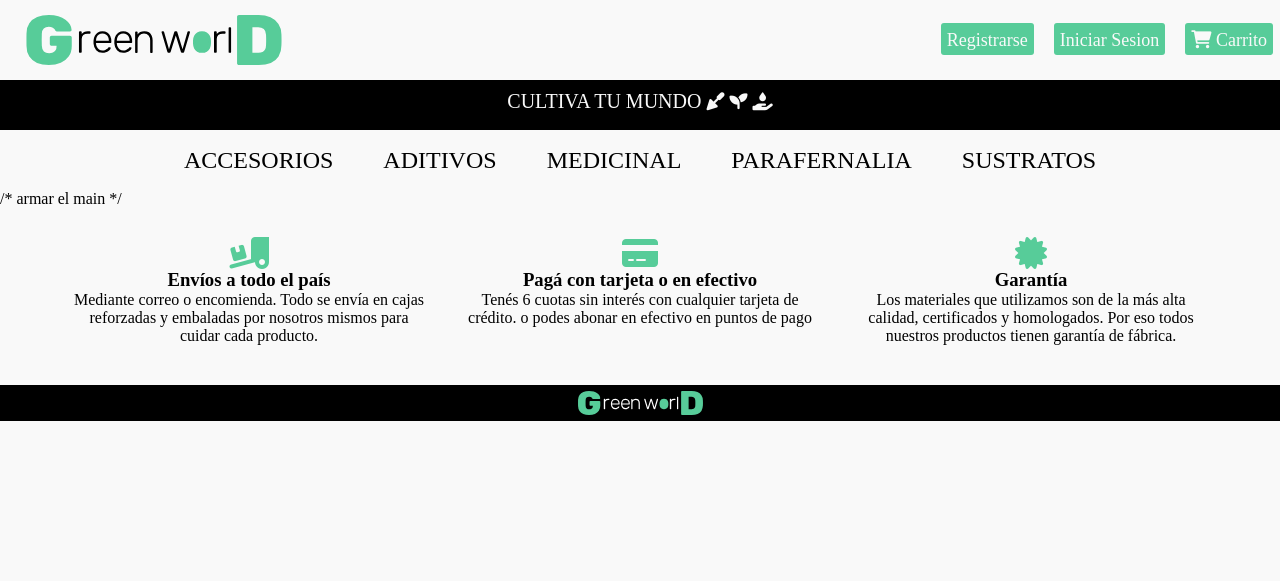
Repository: francoG98/grupo_9_Green_World
Page: source/views/register.html
An editor plug-in stored every save of this project. The page is shown before and after the next save, followed by the edit.
The browser window is 1280 px wide. The pictures show the whole page.
Some web fonts or font styles are not loaded; a fallback is used. Some web libraries are served in a nearby version.

Above is the page before, as saved 2022-06-23 21:31:01.

### source/views/register.html
<!DOCTYPE html>
<html lang="en">
<head>
    <meta charset="UTF-8">
    <meta http-equiv="X-UA-Compatible" content="IE=edge">
    <meta name="viewport" content="width=device-width, initial-scale=1.0">
    <title>Green World</title>

    <link rel="preconnect" href="https://fonts.googleapis.com">
<link rel="preconnect" href="https://fonts.gstatic.com" crossorigin>
<link href="https://fonts.googleapis.com/css2?family=Abel&family=Anek+Gujarati:wght@100;200;300;400;500;600;700;800&display=swap" rel="stylesheet">
<link rel="stylesheet" href="https://cdnjs.cloudflare.com/ajax/libs/font-awesome/6.1.1/css/all.min.css" integrity="sha512-KfkfwYDsLkIlwQp6LFnl8zNdLGxu9YAA1QvwINks4PhcElQSvqcyVLLD9aMhXd13uQjoXtEKNosOWaZqXgel0g==" crossorigin="anonymous" referrerpolicy="no-referrer" />
<link rel="stylesheet" href="/css/main-register.css">
<link rel="stylesheet" href="/css/header.css">
<link rel="stylesheet" href="/css/footer.css">

</head>
<body>
    <header>
        <div class="header-top-bar">
            <figure>
                <a href="/"><img src="/assets/logo-edu.svg" alt="Logo Green World" class="header-logo"></a>
            </figure>
            <div class="chart-burger">
                <a href="/chart" >
                    <i class="fa-solid fa-basket-shopping"></i>
                </a>
                <a href="" >
                    <i class="fas fa-bars"></i>
                </a>
            </div>
            <nav class="header-top-nav-bar">
                <ul>
                    <li><a href="/register">Registrarse</a> </li>
                    <li><a href="/login">Iniciar Sesion</a></li>
                    <li><a href="/chart"><i class="fa-solid fa-cart-shopping"></i>  Carrito</a></li>
                </ul>
            </nav>
        </div>
        <h2>CULTIVA TU MUNDO   <i id="pala" class="fa-solid fa-trowel"></i>    <i id="planta" class="fa-solid fa-seedling"></i>    <i id="agua" class="fa-solid fa-hand-holding-droplet"></i></h2>



        <nav class="header-bottom-nav-bar">
            <ul>
                <li ><a href="/accesorios">ACCESORIOS</a></li>
                <li ><a href="/aditivos">ADITIVOS</a></li>
                <li ><a href="/medicinal">MEDICINAL</a></li>
                <li ><a href="/parafernalia">PARAFERNALIA</a></li>
                <li ><a href="/sustratos">SUSTRATOS</a></li>
            </ul>
        </nav>
    </header>
    <main>
                   /* armar el main */
    </main>
    <footer>
        <div class="footer-top-bar">
            <section>
                <i class="fa-solid fa-truck-ramp-box"></i>
                <h3>Envíos a todo el país</h3>
                <p>Mediante correo o encomienda. Todo se envía en cajas reforzadas y embaladas por nosotros mismos para cuidar cada producto.</p>
            </section>
            <section>
                <i class="fa-solid fa-credit-card"></i>
                <h3>Pagá con tarjeta o en efectivo</h3>
                <p>Tenés 6 cuotas sin interés con cualquier tarjeta de crédito. o podes abonar en efectivo en
                    puntos de pago</p>
            </section>
            <section>
                <i class="fa-solid fa-certificate"></i>
                <h3>Garantía</h3>
                <p>Los materiales que utilizamos son de la más alta calidad, certificados y homologados. Por eso todos nuestros productos tienen garantía de fábrica.</p>
            </section>
        </div>
        <div class="footer-bottom-bar">
            <a href="/"><img src="/assets/logo-blanco-57cc99.svg" alt="Logo Green World" class="header-logo"></a>


        </div>
    </footer>

</body>
</html>

### public/css/main-register.css
*{
    margin: 0px;
    padding: 0px;
    box-sizing: border-box;
    font-family: "Anek Gujarati";
    }

### public/css/header.css
*{
    margin: 0px;
    padding: 0px;
    box-sizing: border-box;
    font-family: "Anek Gujarati";
    }
header{
    height:72px
}
.header-top-bar{
    display: flex;
    flex-wrap: wrap;
    /*
    background-color: #af95e2;*/
    background-color: #f9f9f9;
    align-items: center;
    justify-content: space-between;
    height: 40px;
    width:100vw;

}
.header-top-bar figure{
    width: 220px;
    height: 32px;;
    margin: 4px;

}
.header-logo{
    width: 100%;
    height:32px;


}
header h2{
    width: 100%;
    text-align: center;
    font-weight: normal;;
    background-color:black;
    color: #f9f9f9;;
    font-size: 18px;
    height:32px;;
    padding-top:6px


}

nav.header-top-nav-bar{
    width: 100%;
    order:3;
}

div.chart-burger{
    display: flex;
    justify-content: flex-end;
    align-items: center;
    gap: 5px;
    margin: 4px 10px;

}
div.chart-burger a{
    text-align:center;
    color:#f9f9f9;;
    /*
    background-color: #3e0b5e;*/
    background-color: #57CC99;
    box-sizing: border-box;
    height:32px;
    font-size: 18px;
    width: 32px;
    padding-top:4.4px;
    border-radius: 3px

}


nav.header-top-nav-bar ul{
    list-style: none;
    margin: 0 ;
    padding: 0;
    display: none;
    justify-content: space-between;
    flex-wrap: wrap;
}
nav.header-top-nav-bar ul li{
    width: 50%
}


.header-bottom-nav-bar ul{
    list-style: none;
    margin: 0 ;
    padding: 0;
    display: none

}

@media(min-width:768px){
    .header-top-nav-bar{
        display: none;
        order: 2;
        width: 100vw
    }

}
@media(min-width:1024px){
    body{background-color: #f9f9f9;

    }
    header{
        background-color: #f9f9f9;
        height: auto

    }
    .header-top-bar{
        display: flex;
        flex-wrap: wrap;
        background-color: #f9f9f9;
        align-items: center;
        justify-content: space-between;
        height: 80px;
        width:100vw;
        max-width: 1400px;
        margin:auto
    }
    .header-top-bar figure{
        width: 300px;
        height: 50px

    }
    .header-logo{
        height:100%;
    }

    nav.header-top-nav-bar{
        height:40px;
        align-items: center;
        display:flex;
        justify-content: flex-end;
        width:auto
    }

    div.chart-burger{
        display: none;
        order:5;
        width: 100%
    }
    nav.header-top-nav-bar ul{
        list-style: none;
        padding: 0;
        display: flex;
        justify-content: flex-end;
        align-items: center;
        flex-wrap: wrap;
        gap: 20px;
        text-decoration: none;
        margin:7px;
        order:3
    }
    nav.header-top-nav-bar ul li {
        width: auto;
    }
    nav.header-top-nav-bar ul li a{
        text-decoration: none;
        font-size: 18px;
        color:#f9f9f9;
        background-color:#57CC99;
        padding:7px 6px 5px 6px;
        border-radius:3px;
        transition: opacity 200ms
    }

    nav.header-top-nav-bar ul li a:hover{
        opacity: 0.7
    }
    header h2{
        width: 100%;
        height: 50px;
        padding-top: 10px;
        font-weight: normal;
        background-color:black;
        color: #f9f9f9;
        font-size: 20px;

    }
    #pala{
        transition: color 500ms, font-size 500ms
    }
    #pala:hover{
        color:#f65a5a;
        font-size: 40px
    }
    #planta{
        transition: color 500ms, font-size 500ms
    }
    #planta:hover{
        color:#80ed99;
        font-size: 40px
    }
    #agua{
        transition: color 500ms, font-size 500ms
    }
    #agua:hover{
        color:#90c0e0;
        font-size: 40px
    }


    .header-bottom-nav-bar ul{

        display: flex;
        justify-content: center;
        align-items: center;
        gap: 50px;
        height: 60px
    }
    .header-bottom-nav-bar ul a{
        text-decoration: none;
        font-size: 24px;
        color: black;

        transition: font-size 200ms
    }
    .header-bottom-nav-bar ul a:hover{
        font-size:30px;
        font-weight: 500;
        color: #57CC99
    }
}

### public/css/footer.css
footer{
    background-color:#f9f9f9

}
.footer-top-bar{
    display:flex;
    flex-wrap:wrap
}
.footer-top-bar section{
    width:100%;
    text-align: center;
    padding:10px
}

.footer-top-bar section i{
    color:#57CC99;
    font-size: 2em;
    line-height:10px;
    margin: auto;
    }
.footer-top-bar section h3{
font-weight:700
}
.footer-top-bar section p{
    font-family:"Abel"
}
.footer-bottom-bar{
    background-color:black;

}
.footer-bottom-bar a{
    display: flex;
    justify-content: center;
    align-content: center;
    padding:6px
}
.footer-bottom-bar a img{
    max-width:125px
}

@media(min-width:768px){
    .footer-top-bar{
        display:flex;
        justify-content: center;
        gap: 10px;
        padding: 30px 5px
    }
    .footer-top-bar section{
        width: 30%
    }


}

After the next save:
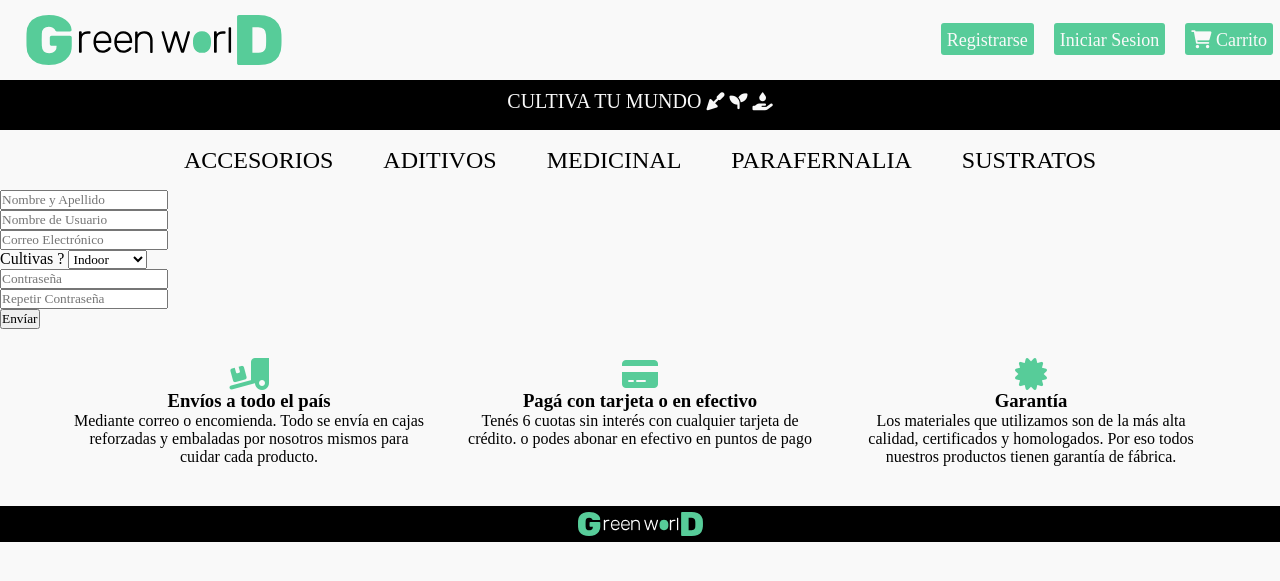
Saved 22 h 25 min later.
--- a/source/views/register.html
+++ b/source/views/register.html
@@ -52,7 +52,32 @@
         </nav>
     </header>
     <main>
-                   /* armar el main */
+          <form method="post" action="">
+            <p>
+                <input type="text" name="nombre-apellido" placeholder="Nombre y Apellido" required>
+            </p>
+            <p>
+                <input type="text" name="usuario" placeholder="Nombre de Usuario" required>
+            </p>
+            <p>
+                <input type="mail" name="mail" placeholder="Correo Electrónico" required>
+            </p>
+            <p>
+                <label for="cultivo"> Cultivas ?</label>
+                    <select name="cultivo" id="cultivo" required>
+                        <option value="Indoor">Indoor</option>
+                        <option value="outdoor">Outdoor</option>
+                        <option value="ambas">ambas</option>
+                        <option value="ninguna">No cultivo</option>
+                    </select>
+            </p>
+            <p>
+                <input type="password" name="password" placeholder="Contraseña" required>
+            </p>
+            <p>
+                <input type="password" name="repetir-password" placeholder="Repetir Contraseña" required>
+            </p>
+            <a href="./home.html"><button type="submit" name="registrar"> Envíar </button></a>
     </main>
     <footer>
         <div class="footer-top-bar">
